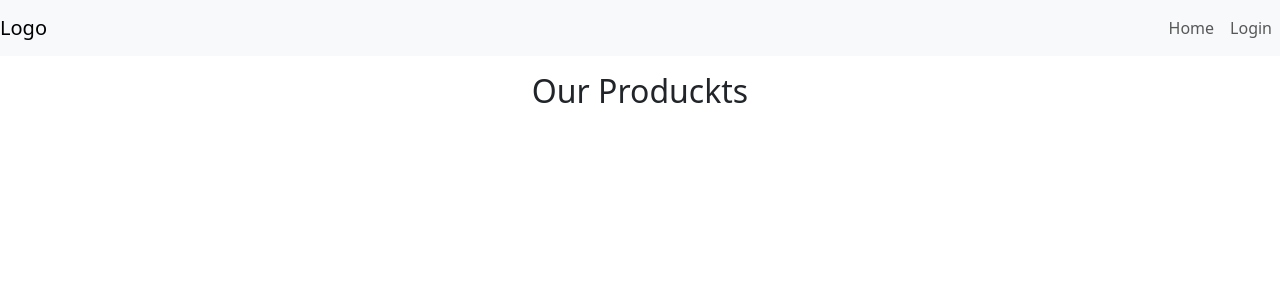
Repository: Aref19/eshop_frontEnd
Page: /
These files come from the project's save history. The page is drawn as it stood at one moment and after a run of saves; the edit follows.
The browser window is 1280 px wide. The pictures show the whole page.
The page's requests for data from a server got no answer. The project was rebuilt for these pictures with package versions that can differ from the ones it lists, and the page was loaded fresh each time. No one was signed in, and anything a server would have sent is missing. Also part of the build but not shown: src/component/Login.js, src/component/UserSignIn.js, src/component/ProviderSignIn.js, src/component/CardProduckt.js.

Above is the page before, as saved 2023-02-27 00:00:41.

### src/index.js
import React from 'react';
import './index.css';
import App from './App';
import reportWebVitals from './reportWebVitals';
import ReactDOM from "react-dom/client";
import {BrowserRouter} from "react-router-dom"

import  'bootstrap/dist/js/bootstrap.min.js'
import 'bootstrap/dist/css/bootstrap.min.css'


const root = ReactDOM.createRoot(document.getElementById('root'));
root.render(
  <React.StrictMode>
    <BrowserRouter>
    <App />
    </BrowserRouter>

  </React.StrictMode>
);
// If you want to start measuring performance in your app, pass a function
// to log results (for example: reportWebVitals(console.log))
// or send to an analytics endpoint. Learn more: https://bit.ly/CRA-vitals
reportWebVitals();

### src/App.js
import './App.css';
import Login from './component/Login'
import UserSignIn from './component/UserSignIn'
import ProviderSign from './component/ProviderSignIn'
import ReactDOM from "react-dom/client";
import Navbar from "./component/Navbar"
import { Route, Routes } from "react-router-dom"
import Home from "./component/Home"
import {
  createBrowserRouter,
  RouterProvider,
} from "react-router-dom";



const AppLayout = () => (
  <>
    <Navbar />
  </>
);



function App() {
  return (
    <div className="App">
      <Navbar />
      <Routes>
        <Route path="/"
          element={
            <>
              <Home />

            </>
          }
        />
        <Route path="/Login"
          element={
            <>
              <Login />

            </>
          }
        />



      </Routes>
    </div>
  );
}

export default App;

### src/component/Navbar.js
import { Link } from "react-router-dom"

function Navbar() {

    return (
        <>
            <nav className="navbar navbar-expand-lg navbar-light bg-light">
                <Link className="navbar-brand" >Logo</Link>
                <button className="navbar-toggler" type="button" data-toggle="collapse" data-target="#navbarSupportedContent" aria-controls="navbarSupportedContent" aria-expanded="false" aria-label="Toggle navigation">
                    <span className="navbar-toggler-icon"></span>
                </button>

                <div className="collapse navbar-collapse" id="navbarSupportedContent">
                    <ul className="navbar-nav ms-auto">
                        <li className="nav-item active">
                            <Link className="nav-link" to="/">Home </Link>
                        </li>
                        <li className="nav-item">
                            <Link className="nav-link" to="/Login">Login </Link>
                        </li>

                    </ul>
                </div>
            </nav>
        </>
    )
}

export default Navbar;

### src/component/Home.js
import { useEffect, useState } from "react";
import CardProduckt from "./CardProduckt"


function Home() {
  const [produckts, setProduckts] = useState([]);
  const apiUrl = "http://localhost:8182/endUser/getAllItem";

  const getProduckts = () => {
    fetch(apiUrl).then((data) => data.json()).then((data) => setProduckts(data))
  }


  useEffect(() => {
    getProduckts();
  }, [])

  return (
    <>

      <h2 className="text-center p-3">Our Produckts</h2>

      <div className="container">
        <div className="row">



          {
            produckts.map((p) => {
              return (
                <div className="col-3" key={p.id}>
                  <CardProduckt data={p} />
                </div>
              )
            })

          }
        </div>

      </div>

    </>
  )

}

export default Home;

### src/css/Login.css
body{
    margin: 0;
    padding: 0;
    font-family: montserrat ;
    background-color: lightseagreen;
    height: 100vh;
    overflow: hidden;

}

.center
{
    position: absolute;
    top: 50%;
    left: 50%;
    transform: translate(-50%,-50%);
    width: 400px;
    background-color: white;
    border-radius: 10px;


}

.center h1{
    text-align: center;
    padding: 0 0 20px 0;
    border-bottom: 1px solid silver;
}

.center form{
    padding: 0 40px;
    box-sizing: border-box;
}

form .txt_field{
    position: relative;
    border-bottom: 2px solid #adadad;
    margin: 30px;
}

.txt_field input{
    width: 100%;
    padding: 0 5px;
    height: 40px;
    font-size: 16px ;
    border: none;
    background: none;
    outline: none;
}

.txt_field label{
    position: absolute;
    top: 50%;
    left: 5px;
    color: #adadad;
    transform: translateY(-50%);
    font-size: 16px;
    pointer-events: none;

}

.txt_field span::before{
    content: '';
    position: absolute;
    top: 40px;
    left: 0;
    width: 0%;
    height: 2px;
    background: #2691d9;
    transition: .5s;
}

.txt_field input:focus ~ label,
.txt_field input:valid ~ label{
    top: -5px;
    color: #2691d9;
}

.txt_field input:focus ~ span,
.txt_field input:valid ~ span{
    width: 100%;
}

input[type="submit"]{
    width: 100%;
    height: 50px;
    border: 1px solid;
    border-radius: 25px;
    font-size: 18px;
    font-weight: 700;
    cursor: pointer;
    outline: none;
    margin-bottom: 10px;


}
input[type="submit"]:hover{
    border-color: #2691d9;
    transition: .5s;
}

.provider{
 text-align: left;
 padding-bottom: 10px;
}

Loaded but not shown: public/index.html (common file); src/index.css (common file); src/reportWebVitals.js (common file); src/App.css (common file)

After the next 5 saves:
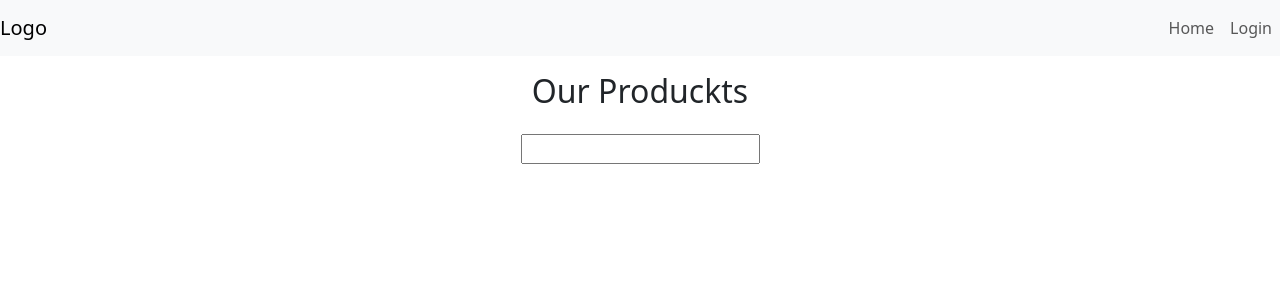
The 5 saves are shown as one change because 1 did not build or start and some came seconds apart.
The last was saved 35 s later.
--- a/src/component/Home.js
+++ b/src/component/Home.js
@@ -19,7 +19,7 @@
     <>
 
       <h2 className="text-center p-3">Our Produckts</h2>
-
+      <input type={"text"}/>
       <div className="container">
         <div className="row">
 

After the 6 saves that followed:
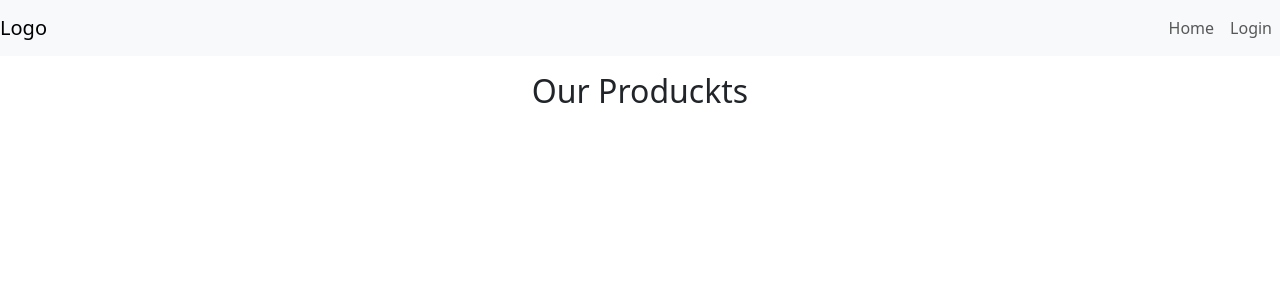
The 6 saves are shown as one change because 2 did not build or start and 2 left the picture as it was and some came seconds apart.
The last was saved 81 s later.
--- a/src/component/Home.js
+++ b/src/component/Home.js
@@ -19,12 +19,10 @@
     <>
 
       <h2 className="text-center p-3">Our Produckts</h2>
-      <input type={"text"}/>
+
+
       <div className="container">
         <div className="row">
-
-
-
           {
             produckts.map((p) => {
               return (
